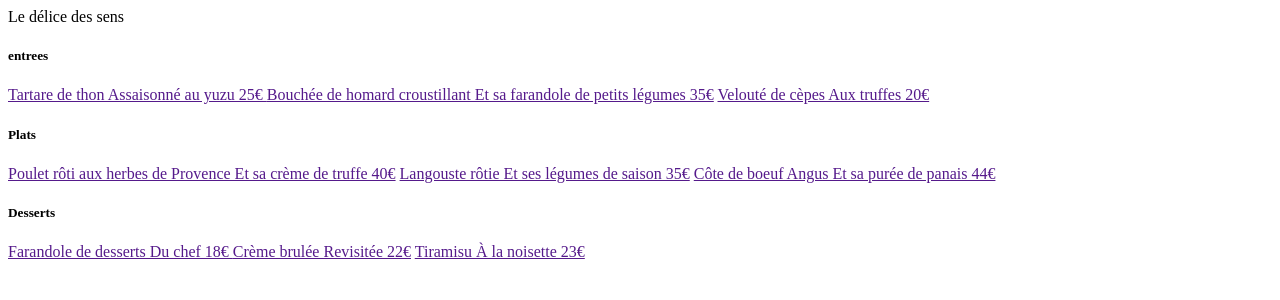
Repository: lysianebo/OHMYFOOD
Page: La_note_enchantée.html
The author's editor kept a copy of each file at every save. The page is drawn from the files as they stood at one save, then again after the next save.
The browser window is 1280 px wide. The pictures show the whole page.
Some web fonts or font styles are not loaded; a fallback is used. Some web libraries are served in a nearby version.

Above is the page before, as saved 2022-10-22 13:10:25.

### La_note_enchantée.html
<!DOCTYPE html>
<html lang="en">
<head>
    <meta charset="UTF-8">
    <meta http-equiv="X-UA-Compatible" content="IE=edge">
    <meta name="viewport" content="width=device-width, initial-scale=1.0">

    <title>Document</title>
</head>
<body>
    Le délice des sens

 <h5>entrees</h5>
 <a href="" class="btn grey">Tartare de thon
Assaisonné au yuzu
25€
<a href="" class="btn grey">
Bouchée de homard croustillant
Et sa farandole de petits légumes
35€</a>
<a href="" class="btn grey">
Velouté de cèpes
Aux truffes
20€</a>

<H5>Plats</H5>
<a href="" class="btn grey">
Poulet rôti aux herbes de Provence
Et sa crème de truffe
40€</a>
<a href="" class="btn grey">
Langouste rôtie
Et ses légumes de saison
35€</a>
<a href="" class="btn grey">
Côte de boeuf Angus
Et sa purée de panais
44€</a>

<H5>Desserts</H5>
<a href="" class="btn grey">Farandole de desserts
Du chef
18€

<a href="" class="btn grey">Crème brulée
Revisitée
22€</a>

<a href="" class="btn grey">Tiramisu
À la noisette
23€</a>

</body>
</html>

### public/css/main.css
@import url("https://fonts.googleapis.com/css2?family=Roboto:wght@400;500;700;900&display=swap");
@import url("https://fonts.googleapis.com/css2?family=Shrikhand&display=swap");
@import url("https://cdnjs.cloudflare.com/ajax/libs/font-awesome/6.1.2/css/all.css");
body {
  font-family: Roboto, sans-serif;
  font-size: 16px;
}

h1 {
  font-family: Shrikhand, sans-serif;
  font-size: 50px;
  font-weight: 700;
  line-height: 1.1;
}

h4 {
  font-family: Shrikhand, sans-serif;
  font-size: 30px;
}

ul {
  list-style-type: none;
  text-decoration: none;
}

span {
  font-family: Roboto, sans-serif;
  font-size: 50px;
}

/*# sourceMappingURL=main.css.map */

After the next save:
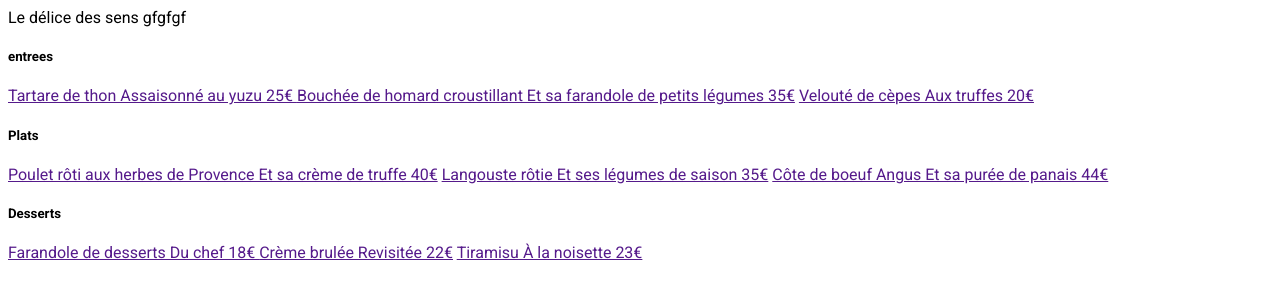
Saved 23 min 52 s later.
--- a/La_note_enchantée.html
+++ b/La_note_enchantée.html
@@ -4,12 +4,12 @@
     <meta charset="UTF-8">
     <meta http-equiv="X-UA-Compatible" content="IE=edge">
     <meta name="viewport" content="width=device-width, initial-scale=1.0">
-
+    <link rel="stylesheet" href="public/css/main.css"/>
     <title>Document</title>
 </head>
 <body>
     Le délice des sens
-
+gfgfgf
  <h5>entrees</h5>
  <a href="" class="btn grey">Tartare de thon
 Assaisonné au yuzu
